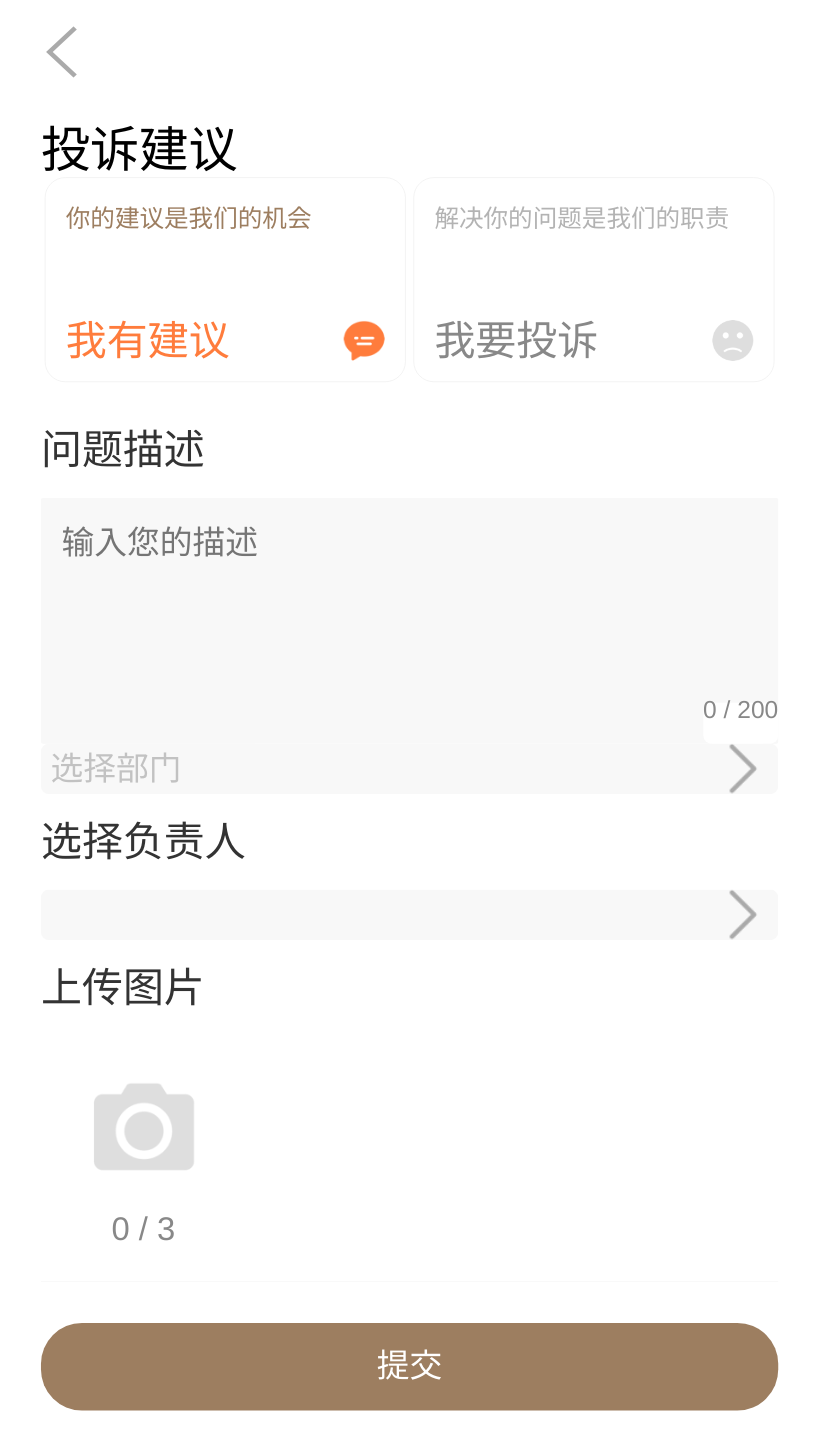
Repository: missing-star/rockBridge
Page: complaint.html
An editor plug-in stored every save of this project. The page is shown before and after a run of saves, followed by the edit.
The browser window is 1280 px wide. The pictures show the whole page, at 64% of full size.

Above is the page before, as saved 2019-04-19 10:54:39.

After the next 3 saves:
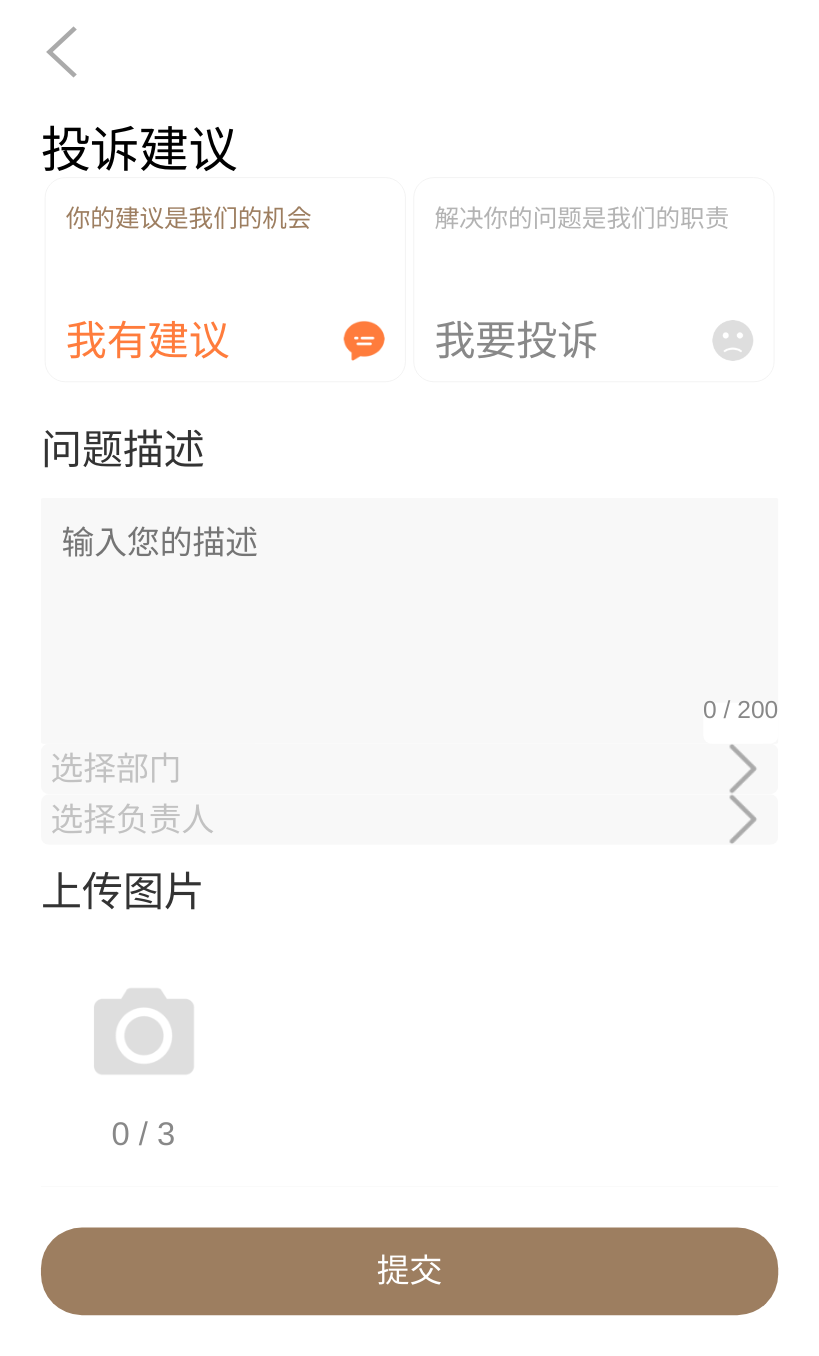
The 3 saves are shown as one change because they came seconds apart.
The last was saved 10 s later.
--- a/complaint.html
+++ b/complaint.html
@@ -57,9 +57,8 @@
             <div class="question-desc">
                 <input placeholder="选择部门" id="choose-section" readonly type="text" class="number-value arrow-right">
             </div>
-            <p class="title-ques">选择负责人</p>
             <div class="question-desc">
-                <input id="choose-section-leader" readonly type="text" class="number-value arrow-right">
+                <input placeholder="选择负责人" id="choose-section-leader" readonly type="text" class="number-value arrow-right">
             </div>
             <p class="title-upload">上传图片</p>
             <div class="repair-item upload">
